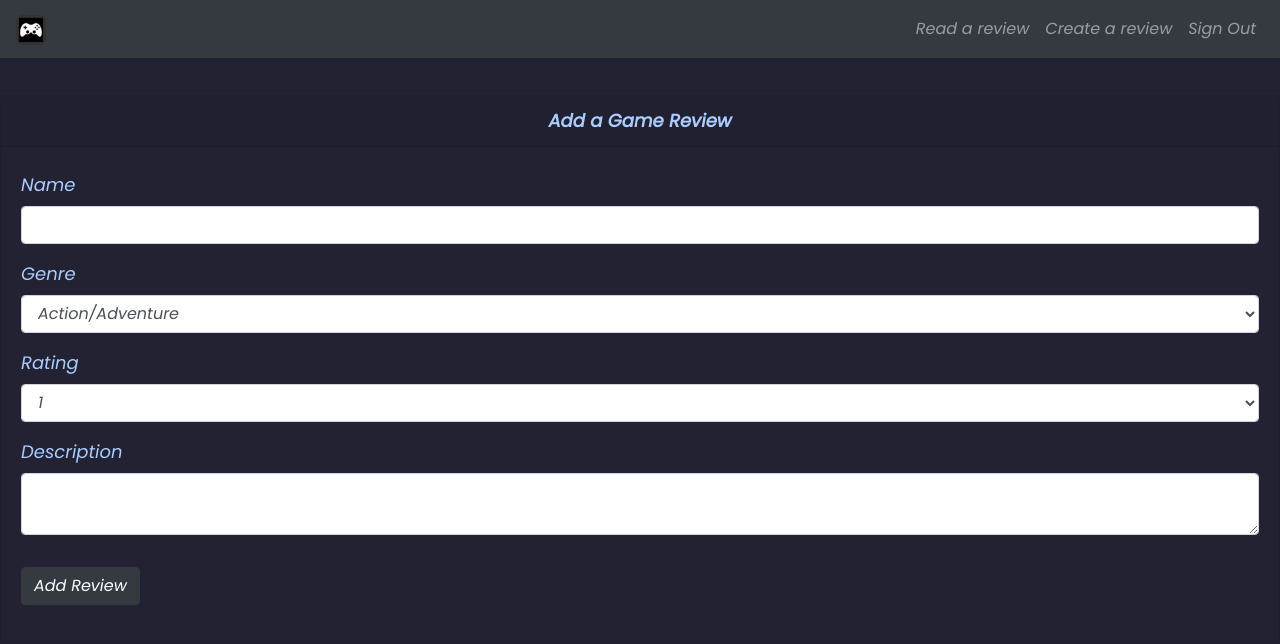
Repository: amit238/milestone-project-3
Page: http://localhost/addreview
The author's editor kept a record of every edit. The page is drawn from the files as they stood at one moment, then again after the next edit.
The browser window is 1280 px wide. The pictures show the whole page.
Some web libraries are served in a nearby version. The page is served by the project's application, run on Flask 3 (app.py). The session is filled in as if someone had signed in: {"username": "testuser", "logged_in": true}.

Above is the page before.

After the next edit:
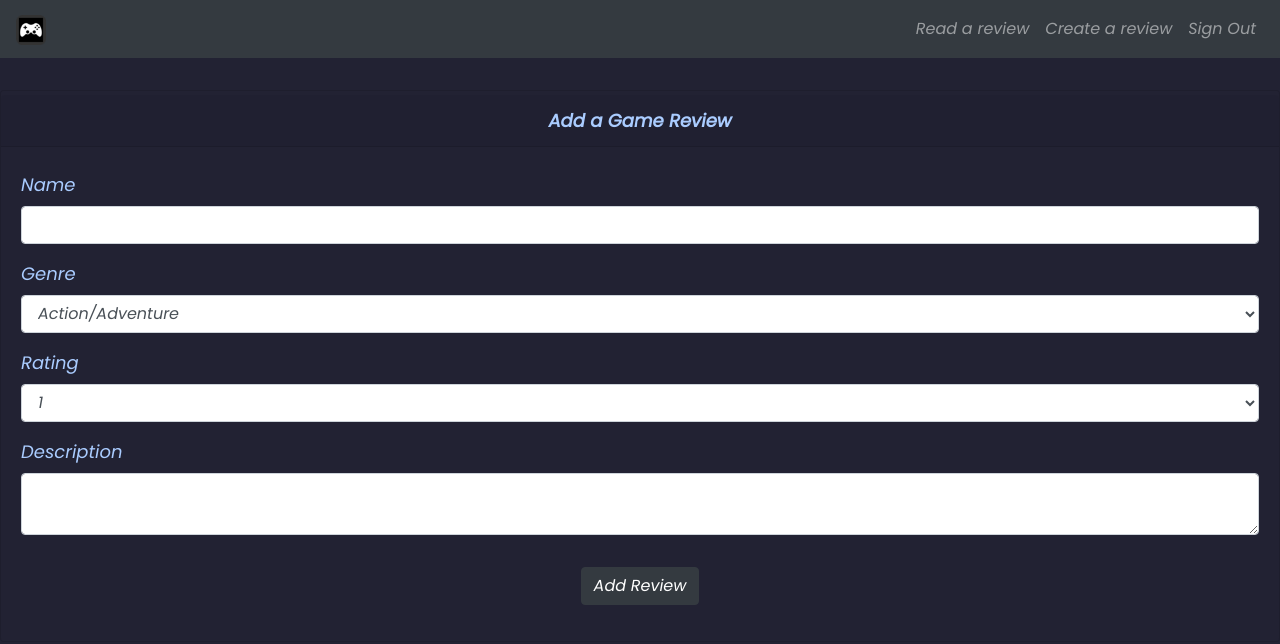
The edit:
--- a/templates/addreview.html
+++ b/templates/addreview.html
@@ -67,7 +67,7 @@
                             </div>
 
                     </fieldset>
-                    <div class="form-group form-text"><!--submitting new review form-->
+                    <div class="form-group form-btn"><!--submitting new review form-->
                         {{ form.submit_add(class="btn btn-dark") }}
                     </div>
                 </form>
